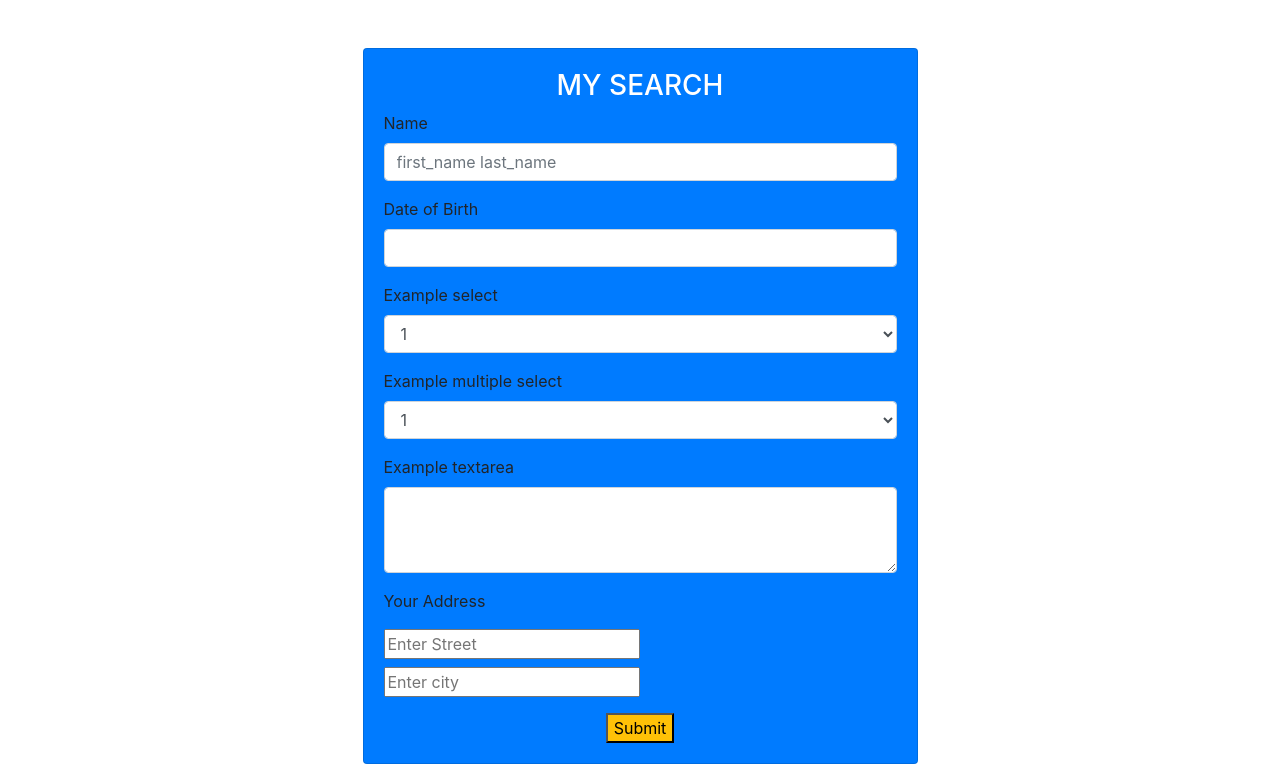
Repository: modinilesh/SpringMVC
Page: http://localhost/springmvcsearch/complex
These files come from the project's save history. The page is drawn as it stood at one moment and after the next save; the edit follows.
The browser window is 1280 px wide. The pictures show the whole page.
Some web libraries are served in a nearby version. The page is served by Tomcat 9. Other server files are loaded and not shown.

Above is the page before, as saved 2023-10-20 18:03:54.

### springmvcsearch/src/main/webapp/WEB-INF/spring-servlet.xml
<?xml version="1.0" encoding="UTF-8"?>
<beans xmlns="http://www.springframework.org/schema/beans"
	xmlns:xsi="http://www.w3.org/2001/XMLSchema-instance"
	xmlns:context="http://www.springframework.org/schema/context"
	xmlns:p="http://www.springframework.org/schema/p"
	xmlns:tx="http://www.springframework.org/schema/tx"
	xsi:schemaLocation="http://www.springframework.org/schema/beans
		http://www.springframework.org/schema/beans/spring-beans.xsd
		http://www.springframework.org/schema/context
		http://www.springframework.org/schema/context/spring-context.xsd
		http://www.springframework.org/schema/mvc
        http://www.springframework.org/schema/mvc/spring-mvc.xsd
        http://www.springframework.org/schema/tx
        http://www.springframework.org/schema/tx/spring-tx.xsd">


	<context:component-scan base-package="springmvcsearch" /> <!--it will activate all annotations used in each packages starting with
		springmvcsearch name -->

	<!--Step-3 : Configuring view Resolver -->

	<bean
		class="org.springframework.web.servlet.view.InternalResourceViewResolver"
		name="viewResolver">
		<property name="prefix" value="/WEB-INF/views/" />
		<property name="suffix" value=".jsp" />
	</bean>


</beans>

### springmvcsearch/src/main/webapp/WEB-INF/views/complex_form.jsp
<!doctype html>
<html lang="en">
<head>
<!-- Required meta tags -->
<meta charset="utf-8">
<meta name="viewport"
	content="width=device-width, initial-scale=1, shrink-to-fit=no">

<!-- Bootstrap CSS -->
<link rel="stylesheet"
	href="https://cdn.jsdelivr.net/npm/bootstrap@4.0.0/dist/css/bootstrap.min.css"
	integrity="sha384-Gn5384xqQ1aoWXA+058RXPxPg6fy4IWvTNh0E263XmFcJlSAwiGgFAW/dAiS6JXm"
	crossorigin="anonymous">

<title>Complex Form</title>
</head>
<body>

	<div class="container">

		<div class="card mx-auto mt-5 bg-primary" style="width: 50%">

			<div class="card-body">

				<h3 class="text-center text-white" style="text-transform: uppercase">My
					Search</h3>

				<form action="success" method="post">
					<div class="form-group">
						<label for="exampleFormControlInput1">Name</label> <input
							type="text" class="form-control" id="exampleFormControlInput1"
							placeholder="first_name last_name" name="name">
					</div>

					<div class="form-group">
						<label for="dob">Date of Birth</label> <input type="text"
							name="date" class="form-control" id="dob" />
					</div>

					<div class="form-group">
						<label for="exampleFormControlSelect1">Example select</label> <select
							class="form-control" id="exampleFormControlSelect1"
							name="singleValue">
							<option>1</option>
							<option>2</option>
							<option>3</option>
							<option>4</option>
							<option>5</option>
						</select>
					</div>
					<div class="form-group">
						<label for="exampleFormControlSelect2">Example multiple
							select</label> <select class="form-control"
							id="exampleFormControlSelect2" name="multiValue">
							<option>1</option>
							<option>2</option>
							<option>3</option>
							<option>4</option>
							<option>5</option>
						</select>
					</div>
					<div class="form-group">
						<label for="exampleFormControlTextarea1">Example textarea</label>
						<textarea class="form-control" id="exampleFormControlTextarea1"
							rows="3" name="text"></textarea>
					</div>

					<div class="form-group">
						<p>Your Address</p>

						<div class="card-group">
							<input name="street" placeholder="Enter Street" />
						</div>

						<div class="card-group mt-2">
							<input name="city" placeholder="Enter city" />
						</div>

					</div>

					<div class="container text-center">
						<button class="bg-warning" type="submit" name="submit" id="submit">Submit</button>
					</div>

				</form>

			</div>

		</div>

	</div>





	<!-- Optional JavaScript -->
	<!-- jQuery first, then Popper.js, then Bootstrap JS -->
	<script src="https://code.jquery.com/jquery-3.2.1.slim.min.js"
		integrity="sha384-KJ3o2DKtIkvYIK3UENzmM7KCkRr/rE9/Qpg6aAZGJwFDMVNA/GpGFF93hXpG5KkN"
		crossorigin="anonymous"></script>
	<script
		src="https://cdn.jsdelivr.net/npm/popper.js@1.12.9/dist/umd/popper.min.js"
		integrity="sha384-ApNbgh9B+Y1QKtv3Rn7W3mgPxhU9K/ScQsAP7hUibX39j7fakFPskvXusvfa0b4Q"
		crossorigin="anonymous"></script>
	<script
		src="https://cdn.jsdelivr.net/npm/bootstrap@4.0.0/dist/js/bootstrap.min.js"
		integrity="sha384-JZR6Spejh4U02d8jOt6vLEHfe/JQGiRRSQQxSfFWpi1MquVdAyjUar5+76PVCmYl"
		crossorigin="anonymous"></script>
</body>
</html>

### springmvcsearch/src/main/java/springmvcsearch/ComplexFormController.java
package springmvcsearch;

import org.springframework.stereotype.Controller;
import org.springframework.web.bind.annotation.ModelAttribute;
import org.springframework.web.bind.annotation.RequestMapping;
import org.springframework.web.bind.annotation.RequestMethod;

import springmvcsearch.objecthandler.Student;

@Controller
public class ComplexFormController {

	@RequestMapping("/complex")
	public String showForm() {
		return "complex_form";
	}

	@RequestMapping(path = "/success", method = RequestMethod.POST )
	public String handleForm(@ModelAttribute Student student) {
		System.out.println(student);
		return "success";
	}

}

### springmvcsearch/src/main/java/springmvcsearch/SearchController.java
package springmvcsearch;

import org.springframework.stereotype.Controller;
import org.springframework.web.bind.annotation.RequestMapping;
import org.springframework.web.bind.annotation.RequestParam;
import org.springframework.web.servlet.view.RedirectView;

@Controller
public class SearchController {

	@RequestMapping("/home")
	public String home() {
		return "home";
	}

	@RequestMapping("/search")
	public RedirectView search(@RequestParam("querybox") String query) {
		String url = "https://www.google.com/search?q="+query;
		RedirectView redirectView = new RedirectView();
		redirectView.setUrl(url);
		return redirectView;
	}

}

### springmvcsearch/src/main/java/springmvcsearch/objecthandler/Student.java
package springmvcsearch.objecthandler;

import java.util.Date;
import java.util.List;

import org.springframework.format.annotation.DateTimeFormat;

public class Student {

	private String name;
	@DateTimeFormat
	private Date date;
	private int singleValue;
	private List<Integer> multiValue;
	private String text;
	private Address address;



	public String getName() {
		return name;
	}
	public void setName(String name) {
		this.name = name;
	}
	public Date getDate() {
		return date;
	}
	public void setDate(Date date) {
		this.date = date;
	}
	public int getSingleValue() {
		return singleValue;
	}
	public void setSingleValue(int singleValue) {
		this.singleValue = singleValue;
	}
	public List<Integer> getMultiValue() {
		return multiValue;
	}
	public void setMultiValue(List<Integer> multiValue) {
		this.multiValue = multiValue;
	}
	public String getText() {
		return text;
	}
	public void setText(String text) {
		this.text = text;
	}
	public Address getAddress() {
		return address;
	}
	public void setAddress(Address address) {
		this.address = address;
	}
	@Override
	public String toString() {
		return "Student [name=" + name + ", date=" + date + ", singleValue=" + singleValue + ", multiValue="
				+ multiValue + ", text=" + text + ", address=" + address + "]";
	}





}

After the next save:
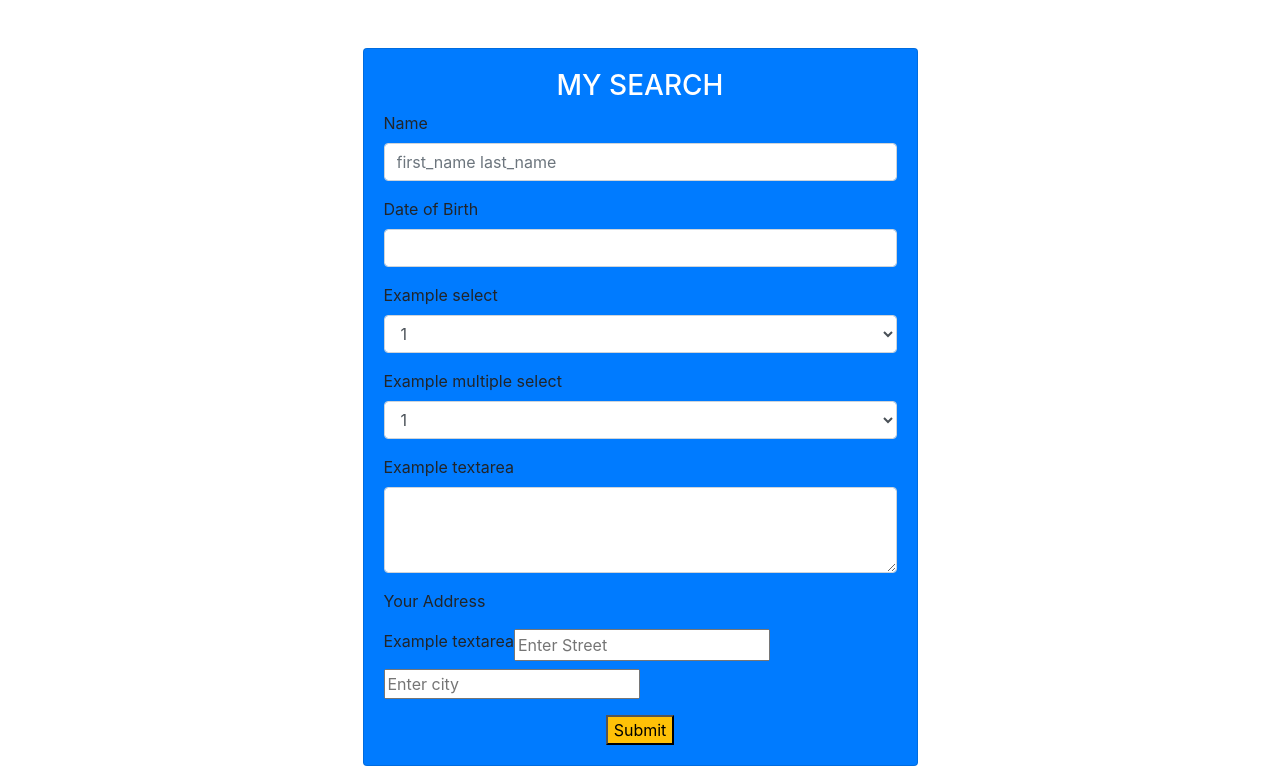
Saved 60 s later.
--- a/springmvcsearch/src/main/webapp/WEB-INF/views/complex_form.jsp
+++ b/springmvcsearch/src/main/webapp/WEB-INF/views/complex_form.jsp
@@ -69,7 +69,8 @@
 						<p>Your Address</p>
 
 						<div class="card-group">
-							<input name="street" placeholder="Enter Street" />
+						<label for="street">Example textarea</label>
+							<input name="street" id="street" placeholder="Enter Street" />
 						</div>
 
 						<div class="card-group mt-2">
